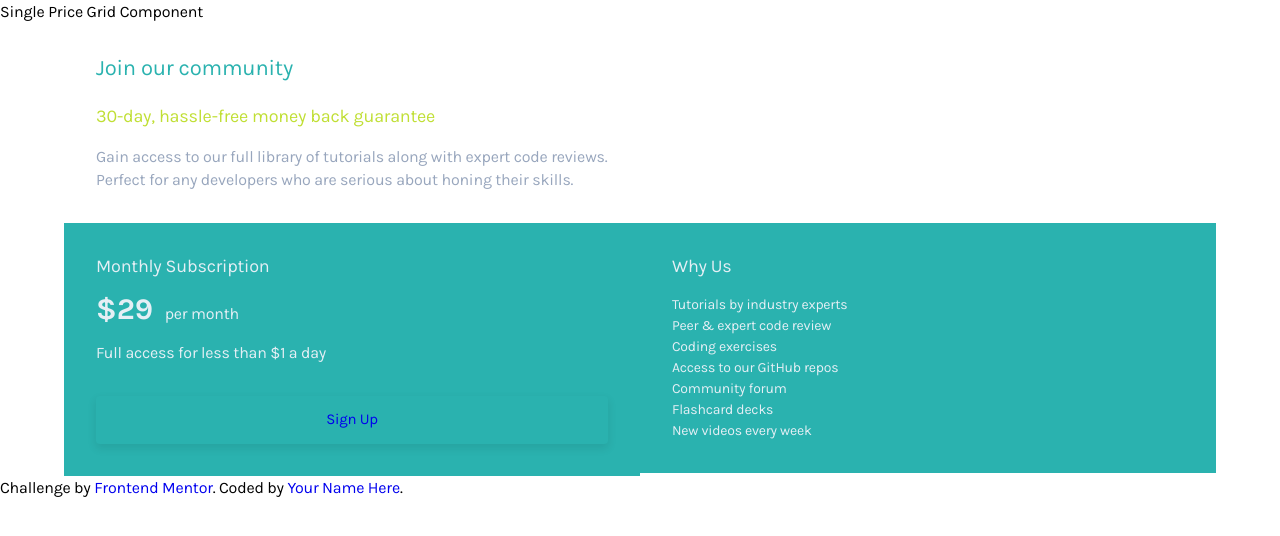
Repository: bangjuyoung/bangjuyoung
Page: practice/frontend-mentor/single-price-grid-component/index.html
These files come from the project's save history. The page is drawn as it stood at one moment and after the next save; the edit follows.
The browser window is 1280 px wide. The pictures show the whole page.

Above is the page before, as saved 2019-06-16 14:27:57.

### practice/frontend-mentor/single-price-grid-component/index.html
<!DOCTYPE html>
<html lang="en">

<head>
  <meta charset="UTF-8">
  <meta name="viewport" content="width=device-width, initial-scale=1.0">
  <title>Frontend Mentor | Single Price Grid Component</title>
  <link rel="icon" type="image/png" sizes="32x32" href="./images/favicon-32x32.png">
  <link rel="stylesheet" href="../../../assets/css/base.css">
  <link href="https://fonts.googleapis.com/css?family=Karla:400,700&display=swap" rel="stylesheet">
  <link rel="stylesheet" href="./default.css">
</head>

<body>
  <main role="main">
    <h1>Single Price Grid Component</h1>
    <article class="single-price__wrapper">

      <div class="single-price__primary">
        <section class="text-primary--gray single-price single-price1">
          <div class="single-price__body">
            <h2 class="text-primary single-price__title">Join our community</h2>
            <h3 class="text-secondary single-price__subtitle">30-day, hassle-free money back guarantee</h3>
            <p>Gain access to our full library of tutorials along with expert code reviews.</p>
            <p>Perfect for any developers who are serious about honing their skills.</p>
          </div>
        </section>
      </div>

      <div class="single-price__secondary">
        <section class="theme-primary single-price single-price2">
          <div class="single-price__body">
            <h3 class="single-price__subtitle">Monthly Subscription</h3>
            <div class="single-price__divider">
              <p class="single-price__text"><strong class="single-price__display1">&dollar;29</strong> per month</p>
              <p class="single-price__text">Full access for less than &dollar;1 a day</p>
            </div>
            <a href="/" class="btn btn-secondary btn-block btn--float">Sign Up</a>
          </div>
        </section>

        <section class="theme-primary single-price single-price3">
          <div class="single-price__body single-price__body2">
            <h4 class="single-price__subtitle">Why Us</h4>
            <p>
              Tutorials by industry experts<span class="newline"></span>
              Peer &amp; expert code review<span class="newline"></span>
              Coding exercises<span class="newline"></span>
              Access to our GitHub repos<span class="newline"></span>
              Community forum<span class="newline"></span>
              Flashcard decks<span class="newline"></span>
              New videos every week
            </p>
          </div>
        </section>
      </div>

    </article>
  </main>


  <footer role="contentinfo">
    <p class="attribution">
      Challenge by <a href="https://www.frontendmentor.io?ref=challenge" target="_blank" rel="noopener">Frontend
        Mentor</a>.
      Coded by <a href="#">Your Name Here</a>.
    </p>
  </footer>
</body>

</html>

### assets/css/base.css
@charset "UTF-8";

/*
// Base
//
// Normalization of HTML elements, manually forked from Normalize.css to remove
// styles targeting irrelevant browsers while applying new styles.
//
// Normalize is licensed MIT. https://github.com/necolas/normalize.css
*/

/*
 * Document
 */

*,
*::before,
*::after {
  /* padding 과 border 가 요소 너비에 포함되도록 설정 */
  box-sizing: border-box;
}

html {
  /* 모든 브라우저에 기본 폰트 및 line-height 설정 */
  font-family: sans-serif;
  line-height: 1.15;
  /* window 폰의 IE 나 iOS 에서 방향 변경시 폰트 사이즈 수정되는 현상 막음 */
  -webkit-text-size-adjust: 100%;
  /* @viewport 설정시 IE11 과 Edge 에서 스크롤바가 컨텐트에 겹치므로 겹치지 않고 자동 숨김 되지 않도록 강제 */
  -ms-overflow-style: scrollbar;
  /* iOS 에서 완전히 투명으로 보이기 위해 기본 탭 하이라이트 변경 */
  -webkit-tap-highlight-color: rgba(0, 0, 0, 0);
}

/* IE10 이하 및 오래된 브라우저에서 새 HTML5 요소들 맞게 표시 */
article,
aside,
figcaption,
figure,
footer,
header,
hgroup,
main,
nav,
section {
  display: block;
}

/* 여백 초기화 */
body,
h1,
h2,
h3,
h4,
h5,
h6,
p,
ol,
ul,
dl,
blockquote,
pre,
figure,
input,
button,
select,
optgroup,
textarea,
fieldset {
  margin: 0;
}

/*
 * Body
 */

/*
  -apple-system, // Safari for OS X and iOS (San Francisco)
  BlinkMacSystemFont, // Chrome < 56 for OS X (San Francisco)
  "Segoe UI", // Windows
  "Roboto", // Android
  "Helvetica Neue", Arial, sans-serif, // Basic web fallback
  "Apple Color Emoji", "Segoe UI Emoji", "Segoe UI Symbol" !default; // Emoji fonts
 */

body {
  font-family: -apple-system, BlinkMacSystemFont, 'Segoe UI', Roboto,
    'Helvetica Neue', Arial, Noto Sans, sans-serif, 'Apple Color Emoji',
    'Segoe UI Emoji', 'Segoe UI Symbol', 'Noto Color Emoji';
  font-size: 1rem;
  font-weight: 400;
  line-height: 1.5;
  /* 명시적으로 기본값을 지정해 하위 요소들이 상속 받을 수 있게 함 */
  text-align: left;
  /* 기본 배경색 지정 */
  background-color: #fff;
}

body,
input,
textarea,
select,
button {
  font-synthesis: none;
  -moz-font-feature-settings: 'kern';
  -webkit-font-smoothing: antialiased;
  -moz-osx-font-smoothing: grayscale;
}

/*
 * Future-proof rule: in browsers that support :focus-visible,
 * focus outline 을 표시하지 않는 요소에 프로그램적으로 포커스가 갔을때 focus outline 숨김
 *
 * See https://developer.mozilla.org/en-US/docs/Web/CSS/:focus-visible
 * and https://developer.paciellogroup.com/blog/2018/03/focus-visible-and-backwards-compatibility/
 */
[tabindex='-1']:focus:not(:focus-visible) {
  outline: 0 !important;
}

/*
 * Content grouping
 *
 */

hr {
  box-sizing: content-box;
  height: 0;
  /* Edge와 ie에서 overflow 표시 */
  overflow: visible;
}

/*
 * Typography
 */

h1,
h2,
h3,
h4,
h5,
h6 {
  font-size: inherit;
  font-weight: inherit;
}

/*
 * Abbreviations
 */

abbr[title] {
  /* Chrome, Edge, IE, Opera, 그리고 Safari 에서 테스트 표시줄 스타일 정정 */
  text-decoration: underline;
  text-decoration: underline dotted;
  /* 바뀐 행위를 나타내기 위해 명시적으로 커서를 추가 */
  cursor: help;
  /* Firefox 39이하에서 나타나는 테스트 하단 테투리 제거 */
  border-bottom: 0;
  /* 텍스트 표시줄이 건너뛰지 않도록 설정 */
  text-decoration-skip-ink: none;
}

address {
  font-style: normal;
  line-height: inherit;
}

b,
strong {
  /* Chrome, Edge, 그리고 Safari 에서 올바른 글자 굵기 정정 */
  font-weight: bolder;
}

small {
  /* 모든 브라우저에서 글자 크기 정정 */
  font-size: 85%;
}

/*
 * 모든 브라우저에서 sub 과 sup 요소들이 즐 간격 영향 받지 않도록 설정
 */

sub,
sup {
  position: relative;
  font-size: 75%;
  line-height: 0;
  vertical-align: baseline;
}

sub {
  bottom: -0.25em;
}

sup {
  top: -0.5em;
}

/*
 * Links
 */

a {
  text-decoration: none;
  /* IE 10 에서 현재 열려 있는 링크에 나타나는 회색배경색을 제거 */
  background-color: transparent;
}

a:hover {
  text-decoration: underline;
}

/*
 * tablindex 없이는 명시적으로 키보드 포커스가 가능하지 않도록 href 속성이 없는 플레이스 홀더 링크/네임 앵커에 대한 스타일 재지정
 * 단순히 a[href] 로 스타일 지정이 간단할 수 있지만, 많은 다른 스타일내에서 고치기엔 복잡한 특정 이슈 유발 가능성 존재
 * See https://github.com/twbs/bootstrap/issues/19402
 */

a:not([href]):not([tabindex]) {
  color: inherit;
  text-decoration: none;
}

a:not([href]):not([tabindex]):hover,
a:not([href]):not([tabindex]):focus {
  color: inherit;
  text-decoration: none;
}

a:not([href]):not([tabindex]):focus {
  outline: 0;
}

/*
 * Code
 */

pre,
code,
kbd,
samp {
  font-family: SFMono-Regular, Menlo, Monaco, Consolas, 'Liberation Mono',
    'Courier New', monospace;
  /* 모든 브라우저에서 이상한 em 글자 크기 정정 */
  font-size: 1em;
}

pre {
  /* 바깥 영역을 깨지 않도록 내용 영역 오버플로우 설정 */
  overflow: auto;
  /* IE11 와 Edge 에서 @viewport 설정시 스크롤바가 내용을 덮는 현상에서 내용 덮지 않고 자동으로 숨겨지지 않도록 재지정  */
  -ms-overflow-style: scrollbar;
}

/*
 * Images and content
 */

img {
  vertical-align: middle;
  /* IE10 이하에서 링크 내 이미지 요소들에 테두리 제거 */
  border-style: none;
}

svg {
  /*
     * IE10/11 에서 오버플로우 되는 버그로 인해 필요
     * See https://github.com/twbs/bootstrap/issues/26878
     */
  overflow: hidden;
  vertical-align: middle;
}

/*
 * Tables
 */

table {
  /* Prevent double borders 테두리들이 맞 닿았을 때 합쳐지도록 설정 */
  border-collapse: collapse;
}

/* body 요소나 가장 가까운 부모로 부터 지정된 텍스트 정렬 요소를 상속해 td 요소 정렬과 일치 */
caption,
th {
  text-align: inherit;
}

/*
 * Forms
 */

/*
 * macOS Chrome 에서 추가되는 기본 border-radius  제거
 * Details at https://github.com/twbs/bootstrap/issues/24093
 */
button {
  border-radius: 0;
}

/* Firefox/IE 에서 button 배경색이 투명일 때 기본 button 포커스 스타일이 손실되는 버그 피함
 * Credit: https://github.com/suitcss/base/
 */
button:focus {
  outline: 1px dotted;
  outline: 5px auto -webkit-focus-ring-color;
}

input,
button,
select,
optgroup,
textarea {
  font-family: inherit;
  font-size: inherit;
  line-height: inherit;
}

button,
input {
  /* Edge 에서 overflow 보임  */
  overflow: visible;
}

button,
select {
  /* Firefox 에서 텍스트 변형 상속되는 것을 제거 */
  text-transform: none;
}

/* 1. Android 4 에서 기본 audio 와 video 컨트롤이 제거되는 WebKit 버그 제거 */
button,
[type="button"],
/* 1 */
[type="reset"],
[type="submit"] {
  /* iOS 와 Safari 에서 클릭 가능한 타입으로 스타일 정정  */
  -webkit-appearance: button;
}

/* Firefox 에서 안쪽 테두리와 여백 제거하고 Normalize 처럼 outline 을 복원하지 않음 */
button::-moz-focus-inner,
[type='button']::-moz-focus-inner,
[type='reset']::-moz-focus-inner,
[type='submit']::-moz-focus-inner {
  padding: 0;
  border-style: none;
}

/* IE 10 이하에서 box sizing 정정 추가 및 padding 제거 */
input[type='radio'],
input[type='checkbox'] {
  box-sizing: border-box;
  padding: 0;
}

input[type='date'],
input[type='time'],
input[type='datetime-local'],
input[type='month'] {
  /* Mobile Safari 에서 line-height 설정시 텍스트가 input 내 수직 중양 정렬되지 않는 버그를 피하기 위해 시간 input 기본 모양 제거
    // See https://bugs.webkit.org/show_bug.cgi?id=139848
    // and https://github.com/twbs/bootstrap/issues/11266
    */
  -webkit-appearance: listbox;
}

textarea {
  /* IE 에서 기본 수직 스크롤바 제거 */
  overflow: auto;
  /* textarea 는 수직으로만 리사이즈 되도록 설정 */
  resize: vertical;
}

fieldset {
  /*
     * fieldsets 은 min-width이 min-content 로 일반 블록 요소처럼 min-width 재지정
     * See https://github.com/twbs/bootstrap/issues/12359
     * and https://html.spec.whatwg.org/multipage/#the-fieldset-and-legend-elements
     * 페이지 레이아웃에 영향을 주지 않도록 기본 스타일 리셋
     */
  min-width: 0;
  padding: 0;
  border: 0;
}

/* 1. Edge 와 IE 에서 텍스트 래핑 정정 */
legend {
  display: block;
  width: 100%;
  /* 1 */
  max-width: 100%;
  margin-bottom: 0.5rem;
  padding: 0;
  font-size: 1.5rem;
  /* IE 에서 fieldset 요소로 부터 색상 상속하도록 정정 */
  color: inherit;
  line-height: inherit;
  /* 1 */
  white-space: normal;
}

progress {
  /* Chrome, Firefox, Opera 에서 vertical alignment 스타일 추가 */
  vertical-align: baseline;
}

[type='number']::-webkit-inner-spin-button,
[type='number']::-webkit-outer-spin-button {
  /* Chrome 에서 증감 버튼 커서 스타일 정정 */
  height: auto;
}

[type='search'] {
  /*
     * iOS 에서 검색 input 의 추가적인 둥근 코너를 오버라이드하여
     * 기본 form-control 클래스 스타일이 적절히 스타일 적용될 수 있도록 함
     * https://github.com/twbs/bootstrap/issues/11586.
     * Safari 에서 outline 스타일 정정
     */
  outline-offset: -2px;
  -webkit-appearance: none;
}

/*
 * macOS 에서 Chrome 과 Safari 에서 안쪽 여백 제거
 */

[type='search']::-webkit-search-decoration {
  -webkit-appearance: none;
}

::-webkit-file-upload-button {
  font: inherit;
  /* iOS 와 Safari 에서 클릭가능한 타입으로 정정 */
  -webkit-appearance: button;
}

/*
* 요소 디스플레이 정정
*/

output {
  display: inline-block;
}

summary {
  /* 모든 브라우저에서 적절한 디스플레이 속성 추가 */
  display: list-item;
  cursor: pointer;
}

template {
  /* IE에서 필요 */
  display: none;
}

[hidden] {
  /* hidden 속성을 가진 HTML 요소는 항상 숨김 (from PureCSS), IE 10 이하에서 필요 */
  display: none !important;
}

### practice/frontend-mentor/single-price-grid-component/default.css
@charset "UTF-8";

html {
    font-size: 15px;
}

body {
    font-family: 'Karla', sans-serif;
    letter-spacing: -0.013em;
    line-height: 1.44;
}

@media (min-width: 48rem) {
    html {
        font-size: 16px;
    }
}

.btn {
    display: inline-block;
    padding: 0.75rem 1.25rem;
    font-size: 0.9375rem;
    text-align: center;
    border: 1px solid transparent;
    border-radius: 0.25rem;
}

.btn:hover {
    text-decoration: none;
}

.btn-block {
    width: 100%;
}

.btn--float {
    box-shadow: 0 4px 8px 1px rgba(0, 0, 0, 0.08);
}

.newline {
    display: block;
}


/*
 * single-price
 */
.single-price__wrapper {
    max-width: 36rem;
    margin-left: auto;
    margin-right: auto;
}

.single-price__divider {
    margin-bottom: 2rem;
}

.single-price__text+.single-price__text {
    margin-top: 1rem;
}

.single-price__body {
    padding: 2rem;
}

@media (min-width: 74rem) {
    .single-price__wrapper {
        max-width: 72rem;
    }

    .single-price__secondary::after {
        content: '';
        display: block;
        clear: both;
    }

    .single-price__secondary .single-price {
        float: left;
        width: 50%;
    }
}

.single-price__title {
    margin-bottom: 1.5rem;
    font-size: 1.375rem;
    line-height: 1.2;
}

.single-price__subtitle {
    margin-bottom: 1rem;
    font-size: 1.125rem;
    line-height: 1.3;
}

.single-price__display1 {
    font-size: 1.875rem;
    font-weight: 700;
    letter-spacing: 0;
    line-height: 1;
}

.single-price__body2 {
    font-size: 0.875rem;
    line-height: 1.5;
}


/*
 * specific
 */

.single-price2 .single-price__display1 {
    margin-right: 0.5rem;
}

.single-price3 .newline {
    display: none;
}

@media (min-width: 74rem) {
    .single-price3 .newline {
        display: block;
    }
}


/*
 * theme
 */
.theme-primary {
    color: hsl(204, 43%, 93%);
    background-color: hsl(179, 62%, 43%);
}

.theme-primary--light {
    color: hsl(204, 43%, 100%);
    background-color: hsl(179, 61%, 75%);
}

.text-primary {
    color: hsl(179, 62%, 43%);
}

.text-primary--gray {
    color: hsl(218, 22%, 67%);
}

.text-secondary {
    color: hsl(71, 73%, 54%);
}

.text-gray--pale {
    color: hsl(204, 43%, 93%);
}

.text-white {
    color: #fff;
}

After the next save:
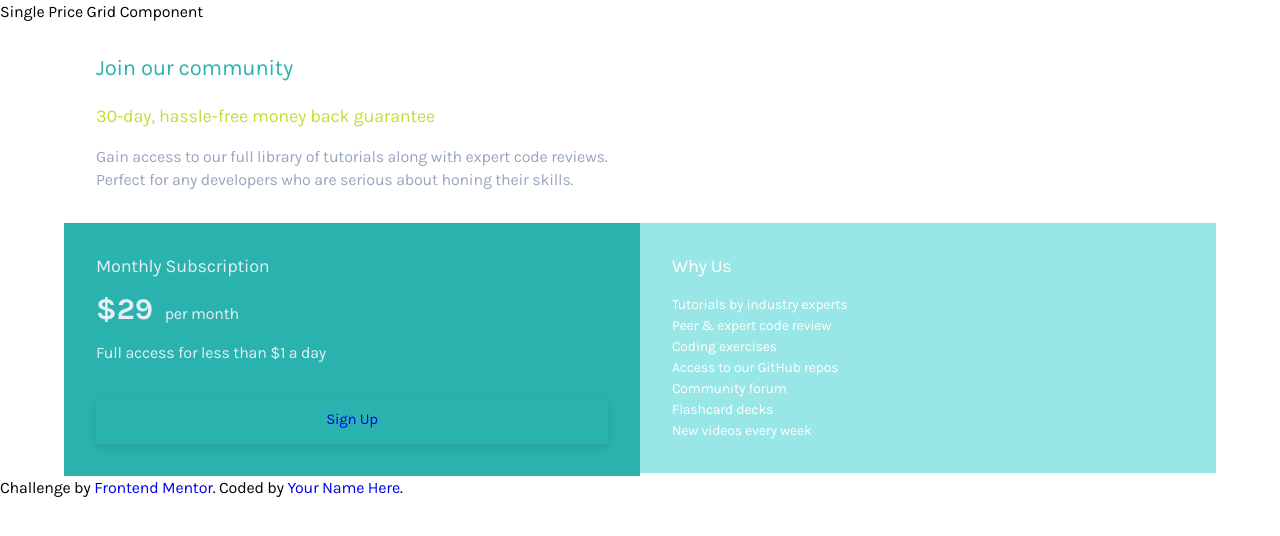
Saved 9 s later.
--- a/practice/frontend-mentor/single-price-grid-component/index.html
+++ b/practice/frontend-mentor/single-price-grid-component/index.html
@@ -39,7 +39,7 @@
           </div>
         </section>
 
-        <section class="theme-primary single-price single-price3">
+        <section class="theme-primary--light single-price single-price3">
           <div class="single-price__body single-price__body2">
             <h4 class="single-price__subtitle">Why Us</h4>
             <p>
